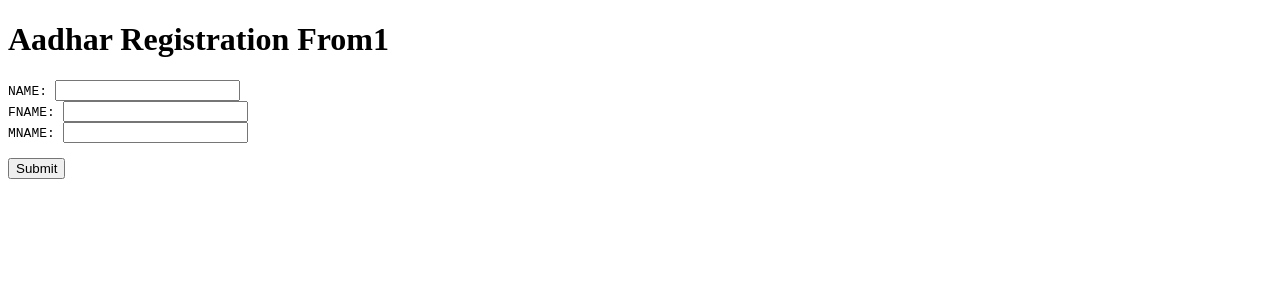
Repository: somakbha/CodeBackUP
Page: J2EE-Practice/RequestDispatcher-Inclusion/WebContent/form1.html
These files come from the project's save history. The page is drawn as it stood at one moment and after the next save; the edit follows.
The browser window is 1280 px wide. The pictures show the whole page.

Above is the page before, as saved 2019-06-01 18:16:10.

After the next save:
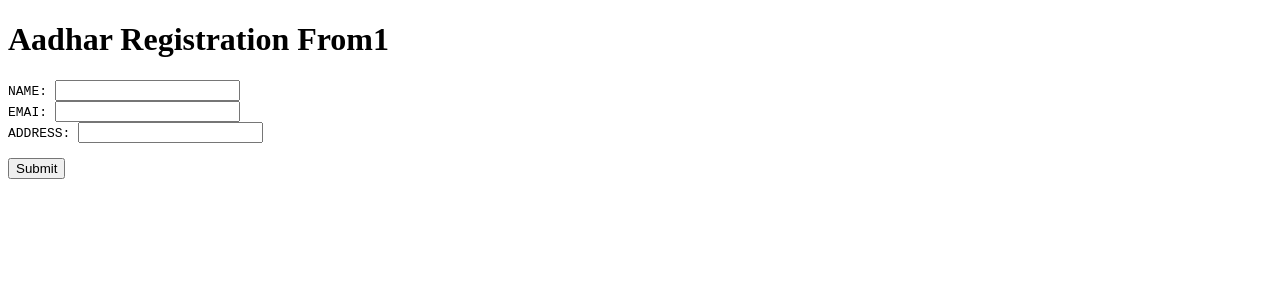
Saved 45 min 46 s later.
--- a/J2EE-Practice/RequestDispatcher-Inclusion/WebContent/form1.html
+++ b/J2EE-Practice/RequestDispatcher-Inclusion/WebContent/form1.html
@@ -9,10 +9,10 @@
 	<form action="./reg">
 		<pre>
 NAME: <input type="text" name="name">
-FNAME: <input type="text" name="fname">
-MNAME: <input type="text" name="mname">
-<input type="hidden" name="fno" value="1">
-<input type="submit" name="Next>>">
+EMAI: <input type="text" name="emal">
+ADDRESS: <input type="text"area name="mname">
+
+<input type="submit" name="submit">
 </pre>
 	</form>
 
